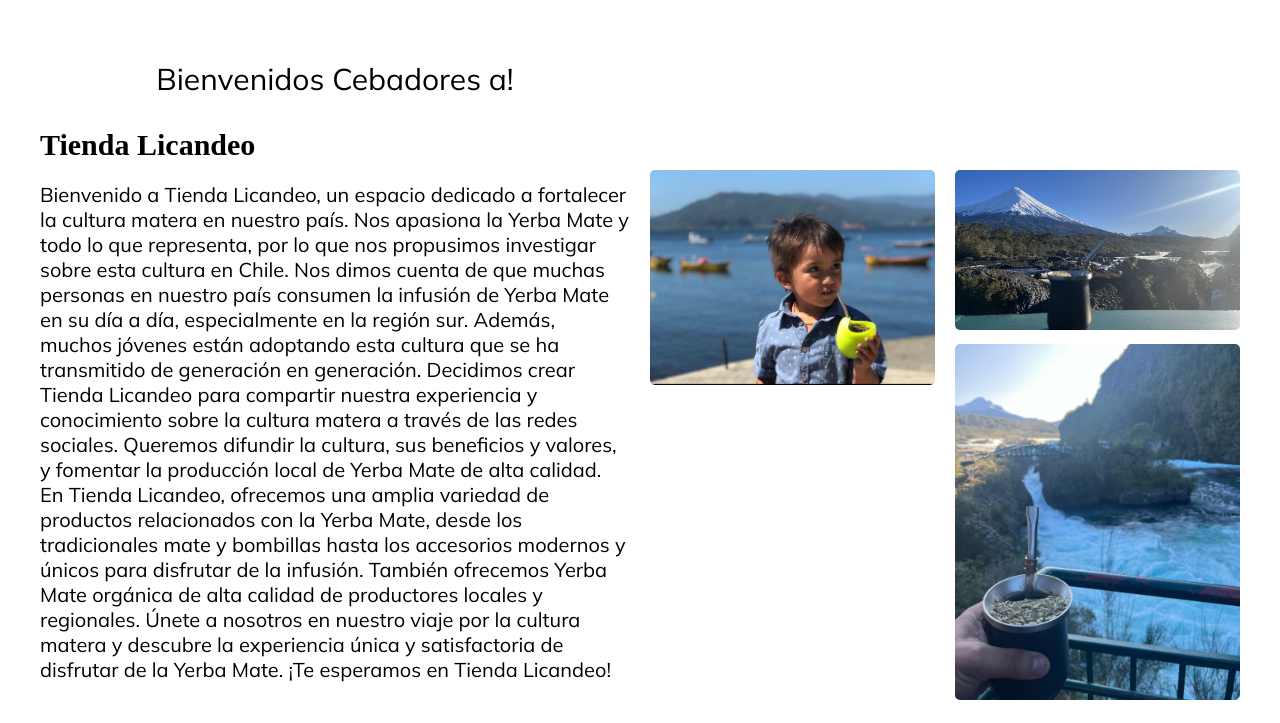
Repository: PiaTrujillo/LICANDEO-main
Page: index.html
These files come from the project's save history. The page is drawn as it stood at one moment and after the next save; the edit follows.
The browser window is 1280 px wide. The pictures show the part of the page from y = 748 to 1471 px (the page is 1471 px tall).
A picture or video elsewhere on the page could not be fetched, so the positions and the page height are approximate. Some web fonts or font styles are not loaded; a fallback is used. Some web libraries are served in a nearby version.

Above is the page before, as saved 2023-05-09 13:05:52.

### index.html
<!DOCTYPE html>
<html lang="es">
  <head>
    <meta charset="utf-8" />
    <meta name="viewport" content="width=device-width, initial-scale=1.0" />
    <meta http-equiv="X-UA-Compatible" content="ie=edge" />
    <title>Tienda Licandeo</title>
    <script
      src="https://kit.fontawesome.com/283335a286.js"
      crossorigin="anonymous"
    ></script>
    <!--esta informacion es para el estilo de las letras estan en google font -->
    <link rel="preconnect" href="https://fonts.googleapis.com" />
    <link rel="preconnect" href="https://fonts.gstatic.com" crossorigin />
    <link
      href="https://fonts.googleapis.com/css2?family=Arima+Madurai:wght@700&family=Mulish:wght@400;700&display=swap"
      rel="stylesheet"
    />
    <link rel="stylesheet" href="css/normalize.css" />
    <link rel="stylesheet" href="css/estilos.css" />
  </head>
  <body>
    <!--Lo sigueinte es el menu superior donde se establece el Logo y la navegacion-->
    <header class="encabezado">
      <div class="contenedor-navegacion">
        <!-- El Contenido-Navegacion es el padre de Logo y el menu de navegacion -->
        <div class="contenido-navegacion contenedor">
          <div class="logo">
            <!--colores a Licandeo-->
            <h2>
              <span class="">Li</span><span>can</span><span class="">deo</span>
            </h2>
          </div>
          <nav class="navegacion ocultar">
            <a href="#">Inicio</a>
            <a href="#">Sobre Nosotros</a>
            <a href="#">Tienda</a>
            <a href="#">Ofertas</a>
            <a href="#">Tips Materos</a>
          </nav>
          <!--Se crea el menu desplegable-->
          <div class="hamburguesa"><span></span><span></span><span></span></div>
        </div>
      </div>
      <div class="contenido-header">
        <div class="contenedor-encabezado">
          <div class="texto-encabezado">
            <h2>Tienda Licandeo</h2>
            <a href="#" class="btn bordes">Un Mate</a>
          </div>
          <video autoplay loop muted>
            <source src="/videos/1portada.mp4" />
          </video>
        </div>
      </div>
    </header>
    <!--Diseño de la seccion web-->
    <div class="contenedor-nosotros contenedor">
      <div class="texto-nosotros">
        <p class="Bienvenida">Bienvenidos Cebadores a!</p>
        <h1>Tienda Licandeo</h1>
        <p>
          Bienvenido a Tienda Licandeo, un espacio dedicado a fortalecer la
          cultura matera en nuestro país. Nos apasiona la Yerba Mate y todo lo
          que representa, por lo que nos propusimos investigar sobre esta
          cultura en Chile. Nos dimos cuenta de que muchas personas en nuestro
          país consumen la infusión de Yerba Mate en su día a día, especialmente
          en la región sur. Además, muchos jóvenes están adoptando esta cultura
          que se ha transmitido de generación en generación. Decidimos crear
          Tienda Licandeo para compartir nuestra experiencia y conocimiento
          sobre la cultura matera a través de las redes sociales. Queremos
          difundir la cultura, sus beneficios y valores, y fomentar la
          producción local de Yerba Mate de alta calidad. En Tienda Licandeo,
          ofrecemos una amplia variedad de productos relacionados con la Yerba
          Mate, desde los tradicionales mate y bombillas hasta los accesorios
          modernos y únicos para disfrutar de la infusión. También ofrecemos
          Yerba Mate orgánica de alta calidad de productores locales y
          regionales. Únete a nosotros en nuestro viaje por la cultura matera y
          descubre la experiencia única y satisfactoria de disfrutar de la Yerba
          Mate. ¡Te esperamos en Tienda Licandeo!
        </p>
      </div>
      <!-- Imagenes  -->
      <div class="imagenes-nosotros">
        <div class="imagen1">
          <img src="/imag/imagen1.JPG" alt="Mate frutillar" />
        </div>
        <div class="imagenes2">
          <img src="/imag/imagen2.JPG" alt="Mate salto del petrohue" />
          <img src="/imag/imagen3.JPG" alt="Mate concepcion" />
        </div>
      </div>
    </div>
    <!--Se enlaza Js con Css-->
    <script src="js/app.js"></script>
  </body>
</html>

### css/estilos.css
:root{
    --azul: #0021f5;
    --verde:#00A149;
    --blanco:#fff;
    --rojo:#da464b;
    --oscuro:#000;
    --titulos:'Arima Madurai',cursive;
    --parrafos:'Mulish', sans-serif;
}
/* Valor calculado de un contenedro padre  */
html{
    box-sizing: border-box;
    /*1rem = 10px*/
    font-size: 62.5%;
}
body{
    font-size: 1.6rem;
    overflow-x: hidden;
}

*,*::after, *::before{
    box-sizing: inherit;
}
/*        Globales              */
.contenedor{
    max-width: 120rem;
    margin: 0 auto;
    width: 95%;
}
/* fuentes para los titulo y parrafos*/
h1,h2{
    font-family: var(--titulos);
}
h3, p, a{
    font-family: var(--parrafos);
}
/* ubicacion de las imegenes */
img{
    max-width: 100%;
}
/*Estos colores se agregan al titulo con span */
.azul{
    color: var(--azul);
}
.rojo{
    color: var(--rojo);
}
.verde{
    color: var(--verde);
}
/*Que se oculte el menu*/
.ocultar{
    display: none;
    color: var(--blanco);
}
/* Color y estilos de la X */
.btn-cerrar{
    font-size: 3rem;
    font-weight: bold;
    color: var(--blanco);
    position: absolute;
    top: 0;
    right: 50px;
    user-select: none;
}
/*Al posicionar el puntero en la X aparece la mano */
.btn-cerrar:hover{
    cursor: pointer;
}
/* Para el texto Un mate que se encuentra sobre del video */
.btn{
    text-decoration: none;
    color: var(--blanco);
    font-size: 2rem;
    text-transform: capitalize;
    padding: 1rem 5rem;
    border-radius: 5px;
    transition: all .3s ease-in-out;
}
/* para moviles el texto */
@media(min-width:768px){
    .btn{
        font-size: 2.2rem;
    }
   }
/* Se agrega el borde a el texto Un Mate */
.bordes{
    border: 3px solid var(--blanco);
}
@media(min-width: 768px) {
    .bordes{
        border: 4px solid var(--blanco);
    }
}

.bordes:hover{
    color: var(--verde);
    background-color: var(--blanco);
}
/* como se sopreponer los elementos */
.pantalla-completa{
    position: absolute;
    top: 0;
    left: 0;
    bottom: 0;
    right: 0;
    background-color: rgba(0,0,0,.5);
    z-index: 4;
}
@keyframes desplazamiento {
    0%{
        transform: translateX(100%);
    }

    100%{
        transform:translateX(0);
    }
}
/*Encabezado*/
/*color de contenedor de logo y menu*/
.contenedor-navegacion{
    background-color: var(--oscuro);
    position: relative;
    z-index: 5;
}
.contenido-navegacion{
    display: flex;
    align-items: center;
    justify-content: space-between;
}
/*color para el logo y el menu*/
.logo h2, .navegacion a {
    color: var(--blanco);
}
.logo h2{
    font-size: 3rem;
}
/* quitar las lineas ubicadas abajo del menu de navegacion*/
/* Estilos de movil*/
.navegacion a{
    text-decoration: none;
    font-size: 2.2rem;
    padding: 1.5rem;
    padding-left: 4rem;
    /* para el menu de navegacion se vea de modo vertical*/
    display: block;
    /* transicion del menu de naveghacion */
    transition: color .3s ease-in-out;
    text-align: center;
}
@media(min-width: 768px) {
    .navegacion a{
        text-align: left;
    }
}
/* colores de las letras pares e impares del menu de navegacion */
.navegacion a:nth-child(even):hover{
    color: var(--verde);
}
.navegacion a:nth-child(odd):hover{
    color: var(--verde);
}
.navegacion a:first-of-type{
    margin-top: 5rem;
}
/* para que el menu de navegacion se posicione al costado derecho*/
.navegacion{
    position: absolute;
    top: 0;
    right: 0;
    bottom: 0;
    height: 100vh;
    width: 40rem;
    padding: 3rem 4rem;
    background-color: var(--oscuro);
    animation: desplazamiento .5s ease-in-out;
}
/*Al posicionarse en el menu hamburguesa aparezca la mano */
.hamburguesa:hover{
    cursor: pointer;
}
/*Menu desplegable ubicado en index*/
.hamburguesa span{
    background-color: var(--blanco);
    display: block;
    width: 5rem;
    height: .5rem;
    margin-bottom: .5rem;
    animation: desplazamiento .5s ease-in-out;
}
/* Video */
.contenido-header{
    position: relative;
}
.contenido-header::before{
    content: '';
    position: absolute;
    top:0;
    left: 0;
    right: 0;
    bottom: 0;
    background-color: rgba(0,0,0,.5);
}
/* posicionar texto al medio del video */
.texto-encabezado{
    position: absolute;
    z-index: 2;
    width: 100%;
    height: 80%;
    display: flex;
    flex-direction: column;
    /* se alinea al centro del video el texto */
    align-items: center;
    justify-content: center;
}
.texto-encabezado h2{
    color: var(--blanco);
    font-size: 4rem;
}
/* respons para movil */
@media(min-width: 768px) {
    .texto-encabezado h2{
        font-size: 8rem;
    }
}
video{
    width: 100%;
    height: 100%;
}
/* Imagenes */
.contenedor-nosotros{
    display: flex;
    justify-content: space-between;
    padding-top: 5rem;
}
.texto-nosotros, .imagenes-nosotros{
    flex: 0 0 calc(50% - 1rem) ;
}
/* Texto de las imagenes */
.texto-nosotros .Bienvenida{
    font-size: 3rem;
    text-align: center;
}
.imagenes-nosotros{
    display: flex;
    justify-content: space-between;
}
.imagen1, .imagenes2{
    flex: 0 0 calc(50% - 1rem);
}
.imagenes-nosotros img{
    border-radius: 5px;
}

.imagenes2 img{
    margin-bottom: 1rem;
}

### js/app.js
//para que el menu desaparezca//
const menu = document.querySelector('.hamburguesa');
const navegacion = document.querySelector('.navegacion');

document.addEventListener('DOMContentLoaded', ()=>{
    eventos();
});

const eventos = () =>{
    menu.addEventListener('click',abrirMenu);
}
//esta funcion realiza que al momento de dar click al menu de hamburguesa se habilite el menu//
const abrirMenu = () =>{
    navegacion.classList.remove('ocultar');
    botonCerrar();
}
//Esta funciones es para que el menu de navegacion se cierre/
const botonCerrar = () =>{
    //Metodo para colocar una X al menu de navegacion//
    const btnCerrar = document.createElement('p');
    const overlay = document.createElement('div');
    overlay.classList.add('pantalla-completa');
    const body = document.querySelector('body');
    if(document.querySelectorAll('.pantalla-completa').length > 0) return;
    body.appendChild(overlay);
    btnCerrar.textContent = 'x';
    btnCerrar.classList.add('btn-cerrar');

    // while(navegacion.children[5]){
    //     navegacion.removeChild(navegacion.children[5]);
    // }
    navegacion.appendChild(btnCerrar);
    cerrarMenu(btnCerrar, overlay);
}
//Funcion para cerrar el menu de navegacion//
const cerrarMenu = (boton, overlay) =>{
    boton.addEventListener('click',()=>{
         //Cerrar navegacion//
        navegacion.classList.add('ocultar');
        overlay.remove();
        boton.remove();
    });

    overlay.onclick = function(){
        overlay.remove();
        //Cerrar navegacion//
        navegacion.classList.add('ocultar');
        boton.remove();
    }
}

Loaded but not shown: TestDjango/core/templates/core/css/normalize.css (library)

After the next save:
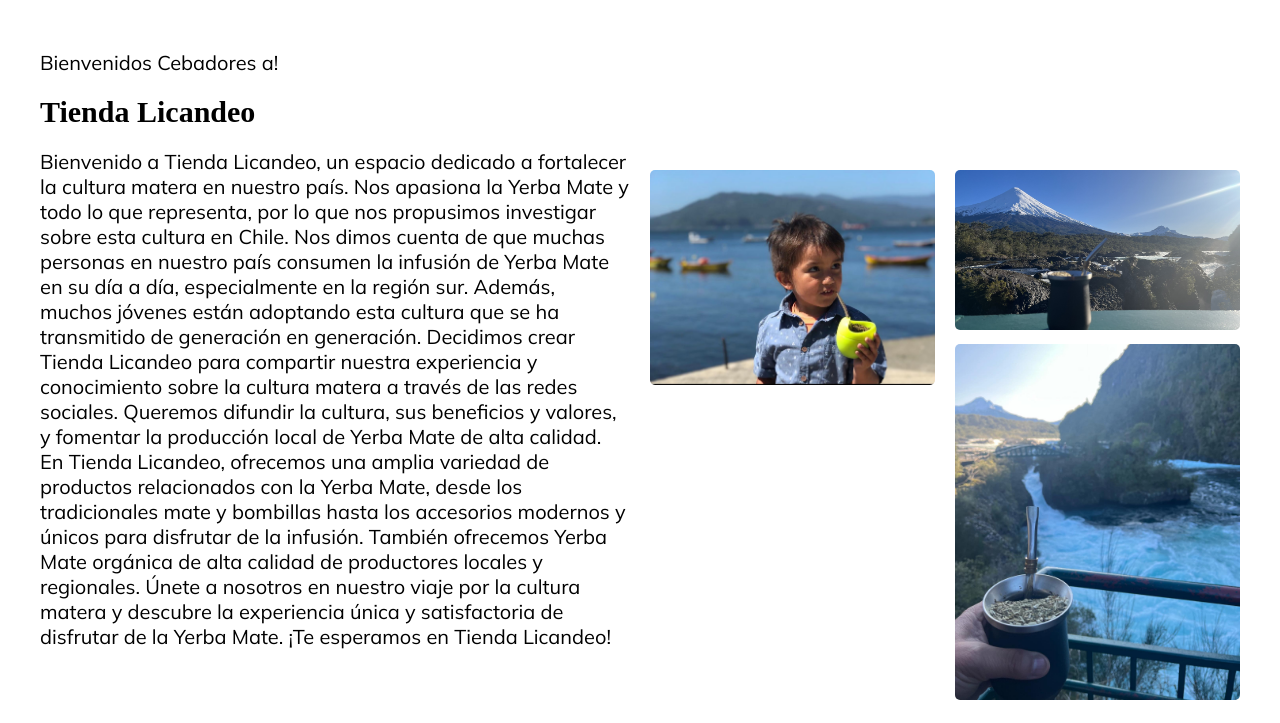
Saved 41 s later.
--- a/css/estilos.css
+++ b/css/estilos.css
@@ -237,8 +237,9 @@ video{
     flex: 0 0 calc(50% - 1rem) ;
 }
 /* Texto de las imagenes */
-.texto-nosotros .Bienvenida{
-    font-size: 3rem;
+.texto-nosotros .bienvenida{
+    font-size: 4rem;
+    color: var(--verde);
     text-align: center;
 }
 .imagenes-nosotros{
